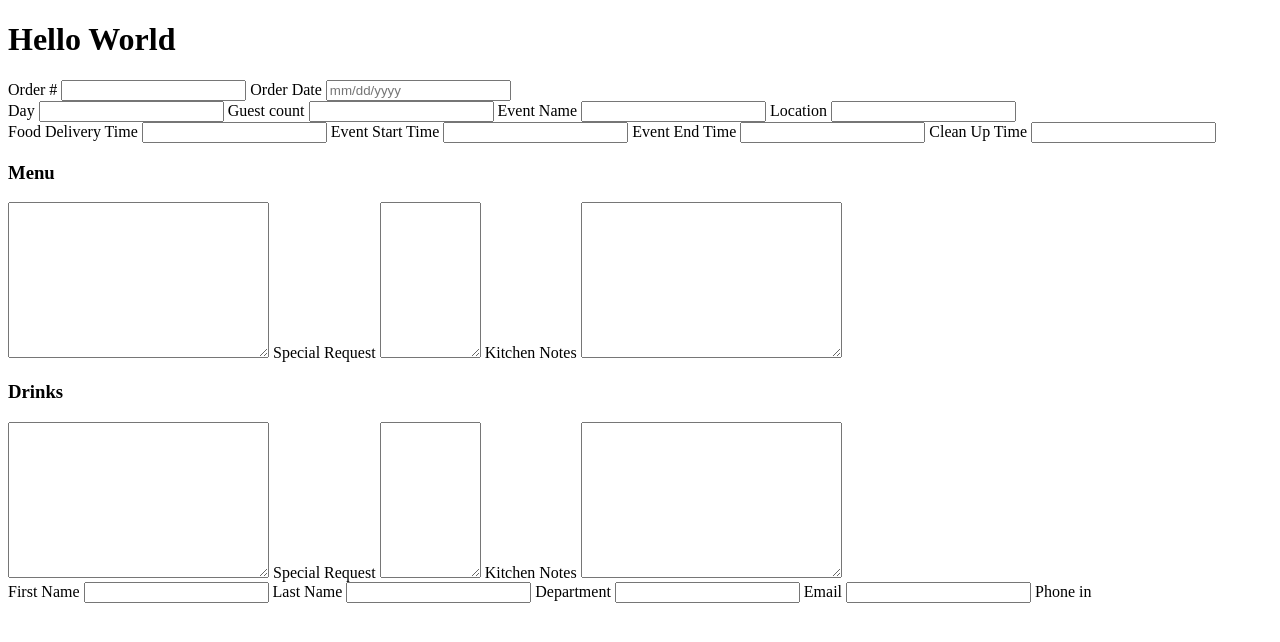
Repository: pmbyrd/rgp-catering
Page: index.html
An editor plug-in stored every save of this project. The page is shown before and after the next save, followed by the edit.
The browser window is 1280 px wide. The pictures show the whole page.

Above is the page before, as saved 2023-12-04 18:04:57.

After the next save:
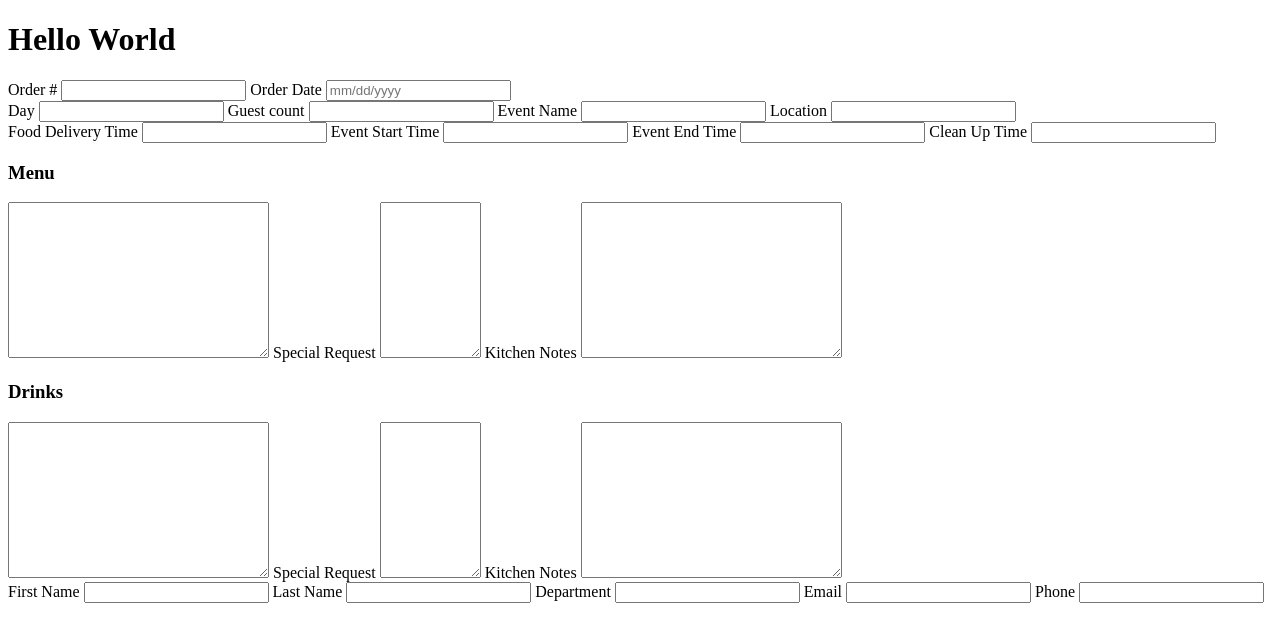
Saved 12 s later.
--- a/index.html
+++ b/index.html
@@ -68,7 +68,7 @@
             <label for="email">Email</label>
             <input type="email">
             <label for="phone">Phone</label>
-            in
+            <input type="tel" name="" id="">
         </div>
     </form>
     <script src="index.js"></script>
